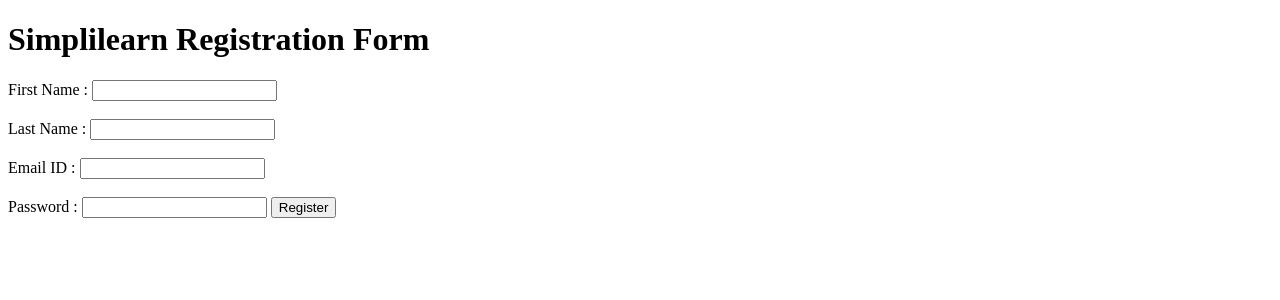
Repository: RamJangid/AdvanceJavaDone
Page: http://localhost/FlyAway/Welcome.jsp
The author's editor kept a copy of each file at every save. The page is drawn from the files as they stood at one save, then again after the next save.
The browser window is 1280 px wide. The pictures show the whole page.
The page is served by Tomcat 9. Other server files are loaded and not shown.

Above is the page before, as saved 2022-09-20 09:50:04.

### FlyAway/src/main/webapp/Welcome.jsp
<%@ page language="java" contentType="text/html; charset=UTF-8"
    pageEncoding="UTF-8"%>
<!DOCTYPE html>
<html>
<head>
<meta charset="UTF-8">
<title>Simplilearn Registration</title>
</head>
<body>

	<h1>Simplilearn Registration Form</h1>

	<form action="<%= request.getContextPath()%>/insert" method="post">

	First Name : <input type ="text" name = "firstName">
	<br><br>
	Last Name : <input type ="text" name = "lastName">
	<br><br>
	Email ID : <input type ="email" name ="emailId">
	<br><br>
	Password : <input type ="password" name ="password">

	<tr>

			<td colspan = 2 align = "center">
				<input type = "submit" value = "Register">
			</td>

	</tr>

	</form>


</body>

</html>

After the next save:
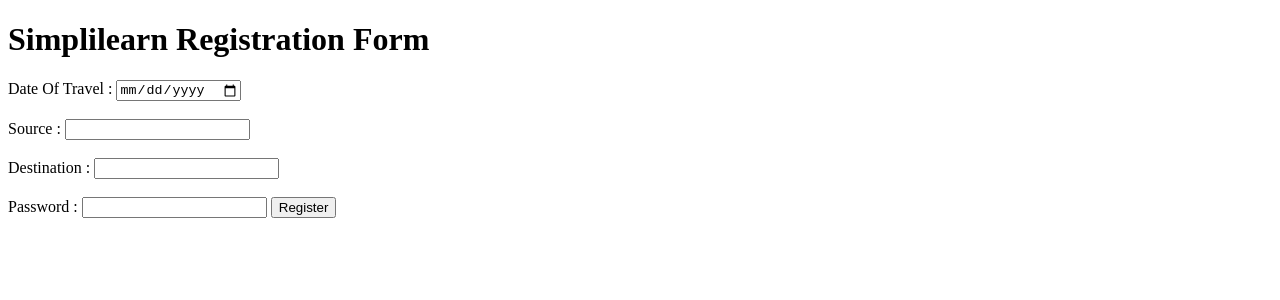
Saved 5 min 32 s later.
--- a/FlyAway/src/main/webapp/Welcome.jsp
+++ b/FlyAway/src/main/webapp/Welcome.jsp
@@ -12,11 +12,11 @@
 
 	<form action="<%= request.getContextPath()%>/insert" method="post">
 
-	First Name : <input type ="text" name = "firstName">
+	Date Of Travel : <input type ="date" name = "dateOfTravel">
 	<br><br>
-	Last Name : <input type ="text" name = "lastName">
+	Source : <input type ="text" name = "source">
 	<br><br>
-	Email ID : <input type ="email" name ="emailId">
+	Destination : <input type ="text" name ="destination">
 	<br><br>
 	Password : <input type ="password" name ="password">
 
